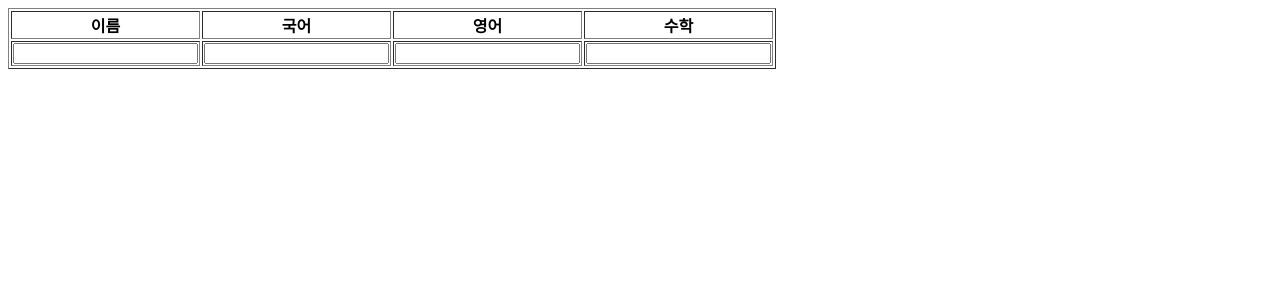
Repository: hjh5217/newJSP
Page: http://localhost/jspProj/subject/sumAvg.jsp
The author's editor kept a copy of each file at every save. The page is drawn from the files as they stood at one save, then again after the next save.
The browser window is 1280 px wide. The pictures show the whole page.
The page is served by Tomcat 9. Other server files are loaded and not shown.

Above is the page before, as saved 2023-07-27 08:00:12.

### jspProj/src/main/webapp/subject/sumAvg.jsp
<%@ page language="java" contentType="text/html; charset=UTF-8"
    pageEncoding="UTF-8"%>
<!DOCTYPE html>
<html>
<head>
<meta charset="UTF-8">
<title>국영수 점수 계산하기</title>
</head>
<body>
	<form action="">
		<table border="">
			<tr>
				<th>이름</th>
				<th>국어</th>
				<th>영어</th>
				<th>수학</th>
			</tr>
			<tr>
				<td><input type="text" name="name"></td>
				<td><input type="text" name="kor"></td>
				<td><input type="text" name="eng"></td>
				<td><input type="text" name="math"></td>
			</tr>
		</table>
	</form>
</body>
</html>

After the next save:
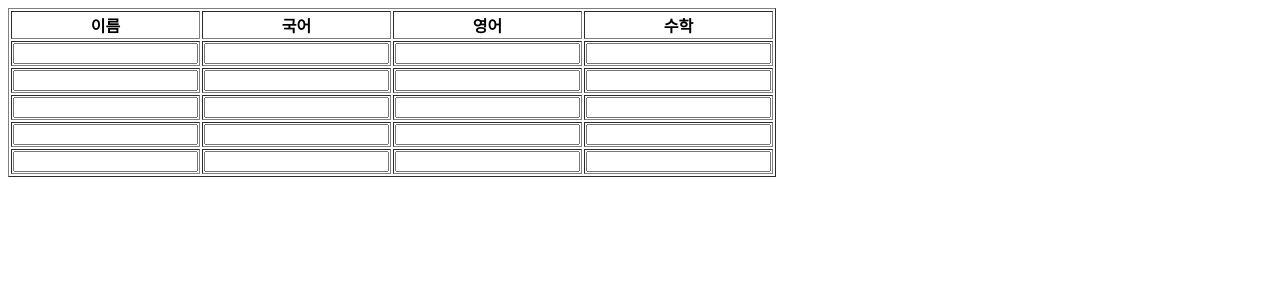
Saved 40 s later.
--- a/jspProj/src/main/webapp/subject/sumAvg.jsp
+++ b/jspProj/src/main/webapp/subject/sumAvg.jsp
@@ -15,12 +15,14 @@
 				<th>영어</th>
 				<th>수학</th>
 			</tr>
+			<% for(int i=0; i<5;i++){ %>
 			<tr>
 				<td><input type="text" name="name"></td>
 				<td><input type="text" name="kor"></td>
 				<td><input type="text" name="eng"></td>
 				<td><input type="text" name="math"></td>
 			</tr>
+			<%} %>
 		</table>
 	</form>
 </body>
